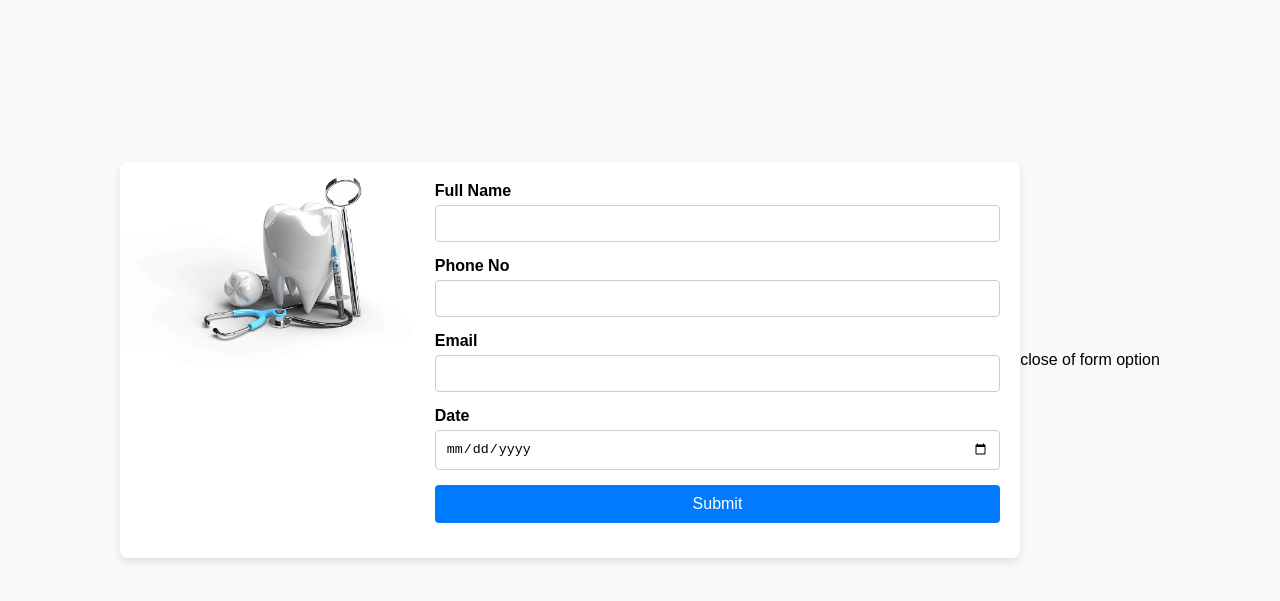
Repository: Reshu70/dental
Page: css/form.html
The author's editor kept a copy of each file at every save. The page is drawn from the files as they stood at one save, then again after the next save.
The browser window is 1280 px wide. The pictures show the whole page.

Above is the page before, as saved 2024-06-06 11:42:53.

### css/form.html
<!DOCTYPE html>
<html lang="en">
<head>
    <meta charset="UTF-8">
    <meta name="viewport" content="width=device-width, initial-scale=1.0">
    <title>Responsive Form with Image</title>
    <style>
        body {
            font-family: Arial, sans-serif;
            background-color: #f8f9fa;
            display: flex;
            justify-content: center;
            align-items: center;
            height: 100vh;
            margin: 0;
        }

        .container {
            display: flex;
            flex-wrap: wrap;
            background: #fff;
            border-radius: 8px;
            box-shadow: 0 4px 8px rgba(0, 0, 0, 0.1);
            max-width: 900px;
            width: 100%;
            box-sizing: border-box;
        }

        .container img {
            flex: 1;
            max-width: 100%;
            border-top-left-radius: 8px;
            border-bottom-left-radius: 8px;
            object-fit: cover;
        }

        .form-container {
            flex: 2;
            padding: 20px;
        }

        .form-group {
            margin-bottom: 15px;
        }

        .form-group label {
            display: block;
            margin-bottom: 5px;
            font-weight: bold;
        }

        .form-group input,
        .form-group textarea {
            width: 100%;
            padding: 10px;
            border: 1px solid #ccc;
            border-radius: 4px;
            box-sizing: border-box;
        }

        .form-group textarea {
            resize: vertical;
        }

        .form-group button {
            width: 100%;
            padding: 10px;
            background-color: #007bff;
            border: none;
            color: #fff;
            font-size: 16px;
            border-radius: 4px;
            cursor: pointer;
        }

        .form-group button:hover {
            background-color: #0056b3;
        }

        @media (max-width: 768px) {
            .container {
                flex-direction: column;
            }

            .container img {
                border-top-right-radius: 8px;
                border-bottom-left-radius: 0;
            }

            .form-container {
                padding: 15px;
            }
        }
    </style>
</head>
<body>
    <div class="container">
        <img src="/images/About-us.jpg " alt="About Us Image" style="height: 200px;" class="img-fluid text-center mt-5">
        <div class="form-container">
            <form>
                <div class="form-group">
                    <label for="name">Full Name</label>
                    <input type="text" id="name" name="name" required>
                </div>
                <div class="form-group">
                    <label for="name">Phone No</label>
                    <input type="text" id="Phone No" name="Phone No" required>
                </div>
                <div class="form-group">
                    <label for="email">Email</label>
                    <input type="email" id="email" name="email" required>
                </div>
                <div class="form-group">
                    <label for="date">Date</label>
                    <input type="date" id="date" name="date" required>
                </div>


                <div class="form-group">
                    <button type="submit">Submit</button>
                </div>
            </form>
        </div>
    </div>
</body>
</html>
close of form option

After the next save:
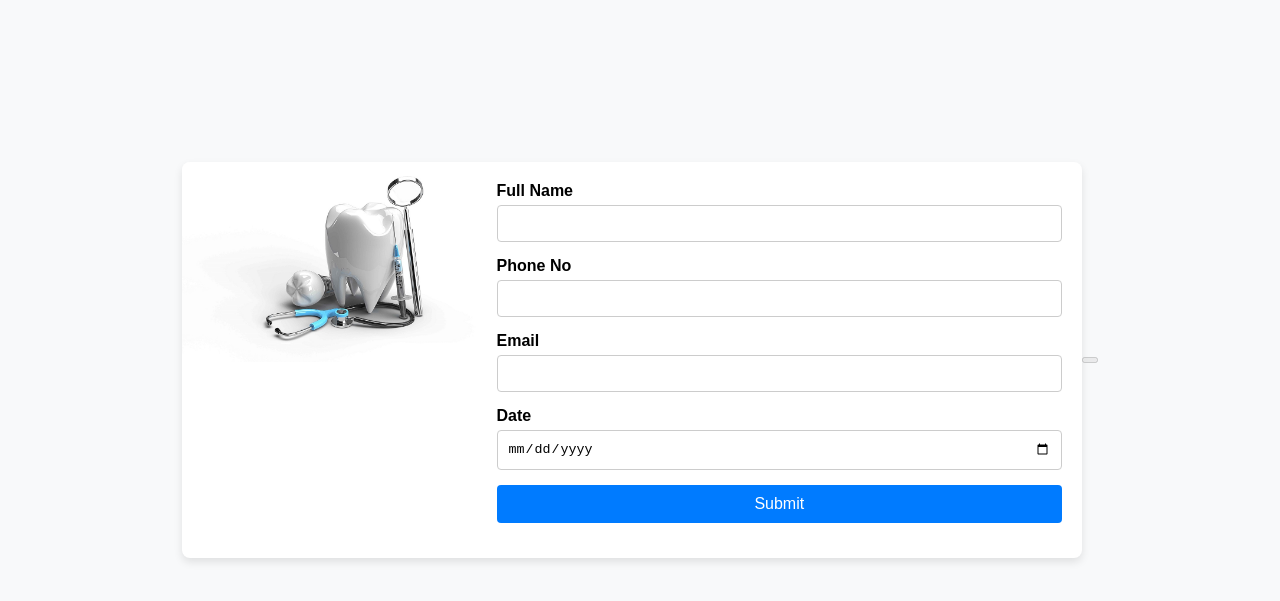
Saved 5 min 33 s later.
--- a/css/form.html
+++ b/css/form.html
@@ -122,6 +122,6 @@
             </form>
         </div>
     </div>
+    <button type="button" class="btn-close" disabled aria-label="Close"></button>
 </body>
 </html>
-close of form option
